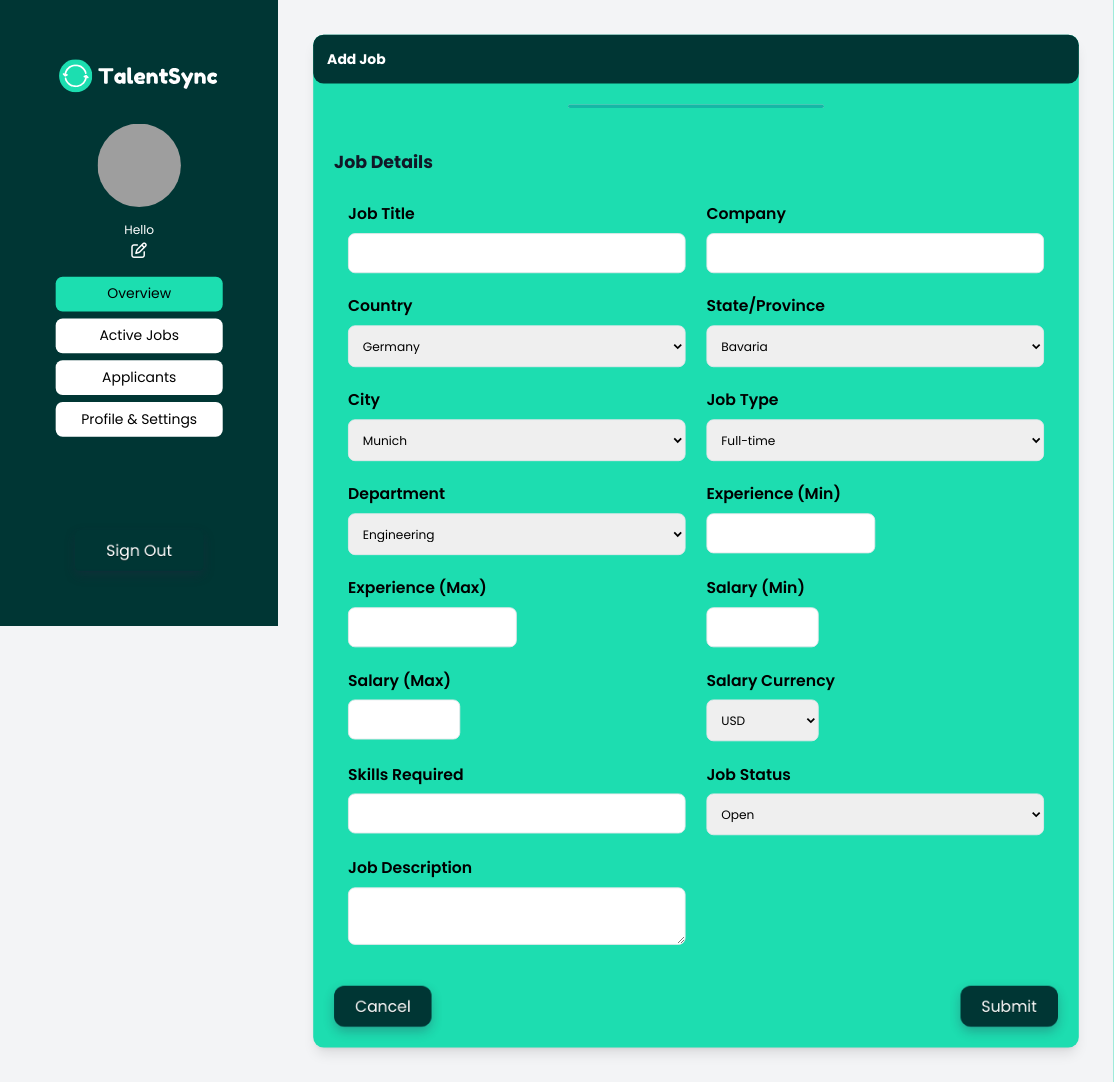
Repository: AbdullahScriptStudio/TalentSync
Page: recruiter/templates/recruiter/job_form_combined.html
The author's editor kept a copy of each file at every save. The page is drawn from the files as they stood at one save, then again after the next save.
The browser window is 1280 px wide. The pictures show the whole page, at 87% of full size.
Pictures or frames that could not be fetched are drawn as grey boxes. Some web libraries are served in a nearby version. The page is served by the project's application, run on Django 5.2 (manage.py). Other server files are loaded and not shown. The template is opened directly, without the code that normally fills it, so the values that code supplies are empty.

Above is the page before, as saved 2025-03-26 23:13:16.
Console error: SyntaxError: Unexpected token '<'

### recruiter/templates/recruiter/job_form_combined.html
<!DOCTYPE html>
<html lang="en">
{% load static %}

<head>
    <meta charset="UTF-8">
    <meta name="viewport" content="width=device-width, initial-scale=1.0">
    <script src="https://cdn.tailwindcss.com"></script>
    <link rel="stylesheet" href="https://cdnjs.cloudflare.com/ajax/libs/font-awesome/6.0.0-beta3/css/all.min.css">
    <title>Post New Job</title>
    <style>
        @import url('https://fonts.googleapis.com/css2?family=Inter:ital,opsz,wght@0,14..32,100..900;1,14..32,100..900&family=Poppins:ital,wght@0,100;0,200;0,300;0,400;0,500;0,600;0,700;0,800;0,900&display=swap');

        body {
            font-family: "Poppins", sans-serif;
            background-color: white;
        }

        button {
            font-size: 18px;
            display: inline-block;
            outline: 0;
            border: 0;
            cursor: pointer;
            will-change: box-shadow, transform;
            background: radial-gradient(100% 100% at 100% 0%, #003634 0%, #003634 100%);
            box-shadow: 0px 0.01em 0.01em rgb(45 35 66 / 40%), 0px 0.3em 0.7em -0.01em rgb(45 35 66 / 30%), inset 0px -0.01em 0px rgb(0 54 52 / 50%);
            padding: 0 2em;
            border-radius: 0.3em;
            color: #fff;
            height: 2.6em;
            text-shadow: 0 1px 0 rgb(0 0 0 / 40%);
            transition: box-shadow 0.15s ease, transform 0.15s ease;
        }

        button:hover {
            box-shadow: 0px 0.1em 0.2em rgb(0 54 52 / 40%), 0px 0.4em 0.7em -0.1em rgb(0 54 52 / 30%), inset 0px -0.1em 0px #003634;
            transform: translateY(-0.1em);
        }

        button:active {
            box-shadow: inset 0px 0.1em 0.6em #003634;
            transform: translateY(0em);
        }

        .skill-box {
            display: flex;
            flex-wrap: wrap;
            gap: 10px;
        }

        .skill-item {
            background-color: #003634;
            color: white;
            padding: 8px 12px;
            border-radius: 20px;
            display: flex;
            align-items: center;
        }

        .skill-item button {
            background: none;
            border: none;
            color: white;
            cursor: pointer;
            margin-left: 8px;
        }
    </style>
</head>

<body class="bg-gray-100">
    <!DOCTYPE html>
<html lang="en">
{% load static %}

<head>
    <meta charset="UTF-8">
    <meta name="viewport" content="width=device-width, initial-scale=1.0">
    <script src="https://cdn.tailwindcss.com"></script>
    <link rel="stylesheet" href="https://cdnjs.cloudflare.com/ajax/libs/font-awesome/6.0.0-beta3/css/all.min.css">
    <title>Job Post - Combined Form</title>
    <style>
        @import url('https://fonts.googleapis.com/css2?family=Inter:ital,opsz,wght@0,14..32,100..900;1,14..32,100..900&family=Poppins:ital,wght@0,100;0,200;0,300;0,400;0,500;0,600;0,700;0,800;0,900&display=swap');

        body {
            font-family: "Poppins", sans-serif;
            background-color: white;
        }

        button {
            font-size: 18px;
            display: inline-block;
            outline: 0;
            border: 0;
            cursor: pointer;
            will-change: box-shadow, transform;
            background: radial-gradient(100% 100% at 100% 0%, #003634 0%, #003634 100%);
            box-shadow: 0px 0.01em 0.01em rgb(45 35 66 / 40%), 0px 0.3em 0.7em -0.01em rgb(45 35 66 / 30%), inset 0px -0.01em 0px rgb(0 54 52 / 50%);
            padding: 0 2em;
            border-radius: 0.3em;
            color: #fff;
            height: 2.6em;
            text-shadow: 0 1px 0 rgb(0 0 0 / 40%);
            transition: box-shadow 0.15s ease, transform 0.15s ease;
        }

        button:hover {
            box-shadow: 0px 0.1em 0.2em rgb(0 54 52 / 40%), 0px 0.4em 0.7em -0.1em rgb(0 54 52 / 30%), inset 0px -0.1em 0px #003634;
            transform: translateY(-0.1em);
        }

        button:active {
            box-shadow: inset 0px 0.1em 0.6em #003634;
            transform: translateY(0em);
        }

        .skill-box {
            display: flex;
            flex-wrap: wrap;
            gap: 10px;
        }

        .skill-item {
            background-color: #003634;
            color: white;
            padding: 8px 12px;
            border-radius: 20px;
            display: flex;
            align-items: center;
        }

        .skill-item button {
            background: none;
            border: none;
            color: white;
            cursor: pointer;
            margin-left: 8px;
        }
    </style>
</head>

<body class="bg-gray-100">
    <div class="flex min-h-screen">
        <!-- Sidebar -->
        <div class="bg-[#003634] text-white w-1/4 p-6 flex flex-col items-center fixed h-full" style="padding: 4rem;">
            <div class="flex items-center mb-8">
                <img alt="TalentSync logo" class="w-48 h-auto" src="{% static 'images/logo.svg' %}" />
            </div>
            <img alt="Profile picture of John Smith" class="w-24 h-24 rounded-full mb-4" height="100" src="{% static 'images/dog-profile.svg' %}" width="100" />
            <div class="text-center mb-4">
                <p class="text-sm">Hello</p>
                <p class="text-lg">{{ user.first_name }} {{ user.last_name }} <i class="fa-regular fa-pen-to-square"></i></p>
            </div>
            <nav class="flex flex-col w-full">
                <a href="overviewDashboard.html" class="bg-[#1cdeb0] text-white py-2 px-4 rounded mb-2" style="border-radius: 0.5rem;color: rgb(0 0 0); text-align: center;">Overview</a>
                <a href="aciveJobsDashboard.html" class="bg-white text-teal-900 py-2 px-4 rounded mb-2" style="border-radius: 0.5rem;color: rgb(0 0 0); text-align: center;">Active Jobs</a>
                <a href="applicantsDashboard.html" class="bg-white text-teal-900 py-2 px-4 rounded mb-2" style="border-radius: 0.5rem;color: rgb(0 0 0); text-align: center;">Applicants</a>
                <a href="#" class="bg-white text-teal-900 py-2 px-4 rounded mb-2" style="border-radius: 0.5rem;color: rgb(0 0 0); text-align: center;">Profile &amp; Settings</a>
            </nav>
            <button class="mt-auto text-white">Sign Out</button>
        </div>

        <!-- Main Content -->
        <div class="flex-1 p-10 ml-[25%] overflow-y-auto">
            <div class="bg-[#1dddb0] rounded-xl shadow-lg">
                <div>
                    <h2 class="bg-[#003634] text-white font-bold mb-6 p-4 rounded-xl">Add Job</h2>
                </div>

                <!-- Progress Bar -->
                <div class="flex justify-center mb-6">
                    <div class="w-1/3 h-1 bg-gray-300 rounded-full">
                        <div class="h-full bg-teal-500 rounded-full" style="width: 100%;"></div> <!-- 100% for combined form -->
                    </div>
                </div>

                <div class="p-6 rounded-xl">
                    <h3 class="text-xl font-bold text-gray-900 mb-4">Job Details</h3>
                    <form method="POST">
                        {% csrf_token %}
                        <div class="grid grid-cols-1 md:grid-cols-2 gap-6 p-4">
                            <!-- Job Title -->
                            <div>
                                <label for="title" class="block text-lg font-semibold mb-2">Job Title</label>
                                <input type="text" name="title" id="title" value="{{ form.title.value|default:'' }}" class="w-full p-3 text-sm border rounded-lg focus:outline-none focus:ring-2 focus:ring-teal-500" required />
                                {% if form.title.errors %}
                                    <p class="text-red-500 text-sm">{{ form.title.errors }}</p>
                                {% endif %}
                            </div>

                            <!-- Company -->
                            <div>
                                <label for="company" class="block text-lg font-semibold mb-2">Company</label>
                                <input type="text" name="company" id="company" value="{{ form.company.value|default:'' }}" class="w-full p-3 text-sm border rounded-lg focus:outline-none focus:ring-2 focus:ring-teal-500" required />
                                {% if form.company.errors %}
                                    <p class="text-red-500 text-sm">{{ form.company.errors }}</p>
                                {% endif %}
                            </div>

                            <!-- Country -->
                            <div>
                                <label for="country" class="block text-lg font-semibold mb-2">Country</label>
                                <select class="w-full p-3 text-sm border rounded-lg focus:outline-none focus:ring-2 focus:ring-teal-500" name="country" required>
                                    <option value="DE" {% if form.country.value == "DE" %}selected{% endif %}>Germany</option>
                                </select>
                                {% if form.country.errors %}
                                    <p class="text-red-500 text-sm">{{ form.country.errors }}</p>
                                {% endif %}
                            </div>

                            <!-- State/Province -->
                            <div>
                                <label for="state_province" class="block text-lg font-semibold mb-2">State/Province</label>
                                <select class="w-full p-3 text-sm border rounded-lg focus:outline-none focus:ring-2 focus:ring-teal-500" name="state_province" required>
                                    <option value="Bavaria" {% if form.state_province.value == "Bavaria" %}selected{% endif %}>Bavaria</option>
                                    <option value="Berlin" {% if form.state_province.value == "Berlin" %}selected{% endif %}>Berlin</option>
                                </select>
                                {% if form.state_province.errors %}
                                    <p class="text-red-500 text-sm">{{ form.state_province.errors }}</p>
                                {% endif %}
                            </div>

                            <!-- City -->
                            <div>
                                <label for="city" class="block text-lg font-semibold mb-2">City</label>
                                <select class="w-full p-3 text-sm border rounded-lg focus:outline-none focus:ring-2 focus:ring-teal-500" name="city" required>
                                    <option value="Munich" {% if form.city.value == "Munich" %}selected{% endif %}>Munich</option>
                                    <option value="Berlin" {% if form.city.value == "Berlin" %}selected{% endif %}>Berlin</option>
                                </select>
                                {% if form.city.errors %}
                                    <p class="text-red-500 text-sm">{{ form.city.errors }}</p>
                                {% endif %}
                            </div>

                            <!-- Job Type -->
                            <div>
                                <label for="job_type" class="block text-lg font-semibold mb-2">Job Type</label>
                                <select class="w-full p-3 text-sm border rounded-lg focus:outline-none focus:ring-2 focus:ring-teal-500" name="job_type" required>
                                    <option value="full_time" {% if form.job_type.value == "full_time" %}selected{% endif %}>Full-time</option>
                                    <option value="part_time" {% if form.job_type.value == "part_time" %}selected{% endif %}>Part-time</option>
                                    <option value="contract" {% if form.job_type.value == "contract" %}selected{% endif %}>Contract</option>
                                    <option value="internship" {% if form.job_type.value == "internship" %}selected{% endif %}>Internship</option>
                                </select>
                                {% if form.job_type.errors %}
                                    <p class="text-red-500 text-sm">{{ form.job_type.errors }}</p>
                                {% endif %}
                            </div>

                            <!-- Department -->
                            <div>
                                <label for="department" class="block text-lg font-semibold mb-2">Department</label>
                                <select class="w-full p-3 text-sm border rounded-lg focus:outline-none focus:ring-2 focus:ring-teal-500" name="department" required>
                                    <option value="engineering" {% if form.department.value == "engineering" %}selected{% endif %}>Engineering</option>
                                    <option value="marketing" {% if form.department.value == "marketing" %}selected{% endif %}>Marketing</option>
                                    <option value="sales" {% if form.department.value == "sales" %}selected{% endif %}>Sales</option>
                                    <option value="human_resources" {% if form.department.value == "human_resources" %}selected{% endif %}>Human Resources</option>
                                </select>
                                {% if form.department.errors %}
                                    <p class="text-red-500 text-sm">{{ form.department.errors }}</p>
                                {% endif %}
                            </div>

                            <!-- Experience (Min and Max) -->
                            <div>
                                <label for="min_experience" class="block text-lg font-semibold mb-2">Experience (Min)</label>
                                <input type="number" name="min_experience" id="min_experience" value="{{ form.min_experience.value|default:'' }}" class="w-1/2 p-3 text-sm border rounded-lg focus:outline-none focus:ring-2 focus:ring-teal-500" required />
                                {% if form.min_experience.errors %}
                                    <p class="text-red-500 text-sm">{{ form.min_experience.errors }}</p>
                                {% endif %}
                            </div>

                            <div>
                                <label for="max_experience" class="block text-lg font-semibold mb-2">Experience (Max)</label>
                                <input type="number" name="max_experience" id="max_experience" value="{{ form.max_experience.value|default:'' }}" class="w-1/2 p-3 text-sm border rounded-lg focus:outline-none focus:ring-2 focus:ring-teal-500" required />
                                {% if form.max_experience.errors %}
                                    <p class="text-red-500 text-sm">{{ form.max_experience.errors }}</p>
                                {% endif %}
                            </div>

                            <!-- Salary (Min and Max) -->
                            <div>
                                <label for="min_salary" class="block text-lg font-semibold mb-2">Salary (Min)</label>
                                <input type="number" name="min_salary" id="min_salary" value="{{ form.min_salary.value|default:'' }}" class="w-1/3 p-3 text-sm border rounded-lg focus:outline-none focus:ring-2 focus:ring-teal-500" required />
                                {% if form.min_salary.errors %}
                                    <p class="text-red-500 text-sm">{{ form.min_salary.errors }}</p>
                                {% endif %}
                            </div>

                            <div>
                                <label for="max_salary" class="block text-lg font-semibold mb-2">Salary (Max)</label>
                                <input type="number" name="max_salary" id="max_salary" value="{{ form.max_salary.value|default:'' }}" class="w-1/3 p-3 text-sm border rounded-lg focus:outline-none focus:ring-2 focus:ring-teal-500" required />
                                {% if form.max_salary.errors %}
                                    <p class="text-red-500 text-sm">{{ form.max_salary.errors }}</p>
                                {% endif %}
                            </div>

                            <!-- Salary Currency -->
                            <div>
                                <label for="salary_currency" class="block text-lg font-semibold mb-2">Salary Currency</label>
                                <select class="w-1/3 p-3 text-sm border rounded-lg focus:outline-none focus:ring-2 focus:ring-teal-500" name="salary_currency" required>
                                    <option value="USD" {% if form.salary_currency.value == "USD" %}selected{% endif %}>USD</option>
                                    <option value="EUR" {% if form.salary_currency.value == "EUR" %}selected{% endif %}>EUR</option>
                                    <option value="GBP" {% if form.salary_currency.value == "GBP" %}selected{% endif %}>GBP</option>
                                </select>
                                {% if form.salary_currency.errors %}
                                    <p class="text-red-500 text-sm">{{ form.salary_currency.errors }}</p>
                                {% endif %}
                            </div>

                            <!-- Skills Required -->
                            <div>
                                <label for="skills_required" class="block text-lg font-semibold mb-2">Skills Required</label>
                                <input type="text" name="skills_required" id="skills_required" value="{{ form.skills_required.value|default:'' }}" class="w-full p-3 text-sm border rounded-lg focus:outline-none focus:ring-2 focus:ring-teal-500" required />
                                {% if form.skills_required.errors %}
                                    <p class="text-red-500 text-sm">{{ form.skills_required.errors }}</p>
                                {% endif %}
                            </div>

                            <!-- Job Status -->
                            <div>
                                <label class="block text-lg font-semibold mb-2">Job Status</label>
                                <select class="w-full p-3 text-sm border rounded-lg focus:outline-none focus:ring-2 focus:ring-teal-500" name="status" required>
                                    <option value="open" {% if form.status.value == "open" %}selected{% endif %}>Open</option>
                                    <option value="closed" {% if form.status.value == "closed" %}selected{% endif %}>Closed</option>
                                    <option value="paused" {% if form.status.value == "paused" %}selected{% endif %}>Paused</option>
                                </select>
                                {% if form.status.errors %}
                                    <p class="text-red-500 text-sm">{{ form.status.errors }}</p>
                                {% endif %}
                            </div>

                            <!-- Job Description -->
                            <div>
                                <label for="job_description" class="block text-lg font-semibold mb-2">Job Description</label>
                                <textarea name="job_description" id="job_description" class="w-full p-3 text-sm border rounded-lg focus:outline-none focus:ring-2 focus:ring-teal-500" required>{{ form.job_description.value|default:'' }}</textarea>
                                {% if form.job_description.errors %}
                                    <p class="text-red-500 text-sm">{{ form.job_description.errors }}</p>
                                {% endif %}
                            </div>
                        </div>

                        <div class="flex justify-between mt-6">
                            <!-- Cancel Button Link -->
                            <button class="bg-[#003634] text-white py-2 px-6 rounded-xl" type="button" onclick="window.location.href='{% url 'job_list' %}'">Cancel</button>
                            <!-- Submit Button -->
                            <button class="bg-[#003634] text-white py-2 px-6 rounded-xl" type="submit">Submit</button>
                        </div>
                    </form>
                </div>
            </div>
        </div>
    </div>

    <script>

    <script>
        document.addEventListener('DOMContentLoaded', function () {
            const skillInput = document.getElementById('skill-input');
            const skillContainer = document.getElementById('skill-container');

            skillInput.addEventListener('keypress', function (e) {
                if (e.key === 'Enter' && skillInput.value.trim() !== '') {
                    const skillName = skillInput.value.trim();
                    if (isSkillDuplicate(skillName)) {
                        alert('Skill already exists.');
                    } else {
                        addSkill(skillName);
                        skillInput.value = '';
                    }
                }
            });

            function isSkillDuplicate(skillName) {
                const skills = skillContainer.querySelectorAll('.skill-item');
                for (const skill of skills) {
                    if (skill.textContent.includes(skillName)) {
                        return true;
                    }
                }
                return false;
            }

            function addSkill(skillName) {
                const skill = document.createElement('div');
                skill.className = 'skill-item';
                skill.innerHTML = `
                    <span>${skillName}</span>
                    <button class="text-white hover:text-[#1cdeb0]">
                        <i class="fas fa-times"></i>
                    </button>
                `;
                skill.querySelector('button').addEventListener('click', function () {
                    skill.remove();
                });
                skillContainer.appendChild(skill);
            }
        });
    </script>
</body>

</html>

Loaded but not shown: static/images/logo.svg (1 lines, source omitted); talentsync/urls.py (31 lines, source omitted); recruiter/urls.py (26 lines, source omitted); people/urls.py (9 lines, source omitted)

After the next save:
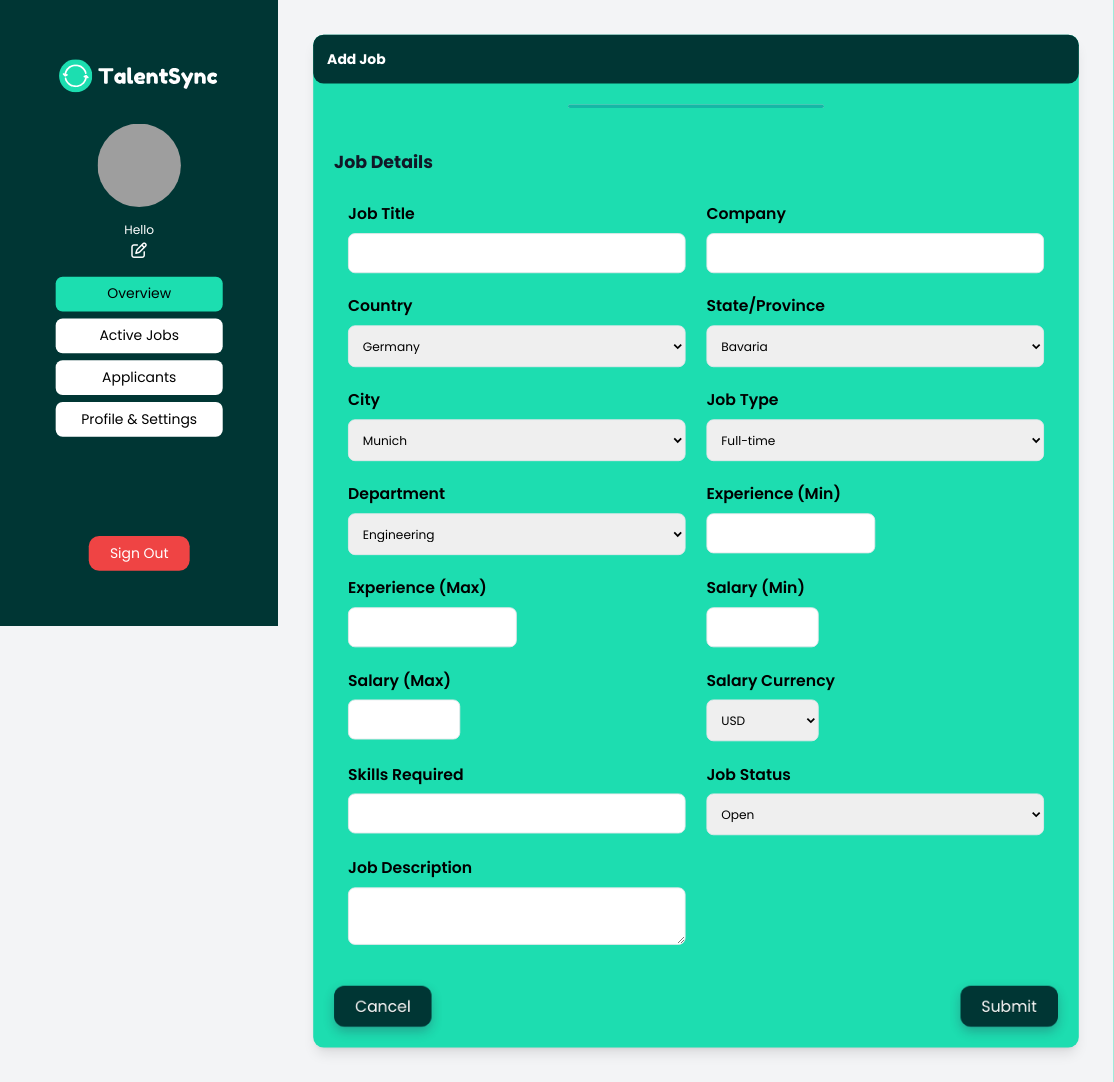
Saved 11 s later.
--- a/recruiter/templates/recruiter/job_form_combined.html
+++ b/recruiter/templates/recruiter/job_form_combined.html
@@ -157,7 +157,7 @@
                 <a href="applicantsDashboard.html" class="bg-white text-teal-900 py-2 px-4 rounded mb-2" style="border-radius: 0.5rem;color: rgb(0 0 0); text-align: center;">Applicants</a>
                 <a href="#" class="bg-white text-teal-900 py-2 px-4 rounded mb-2" style="border-radius: 0.5rem;color: rgb(0 0 0); text-align: center;">Profile &amp; Settings</a>
             </nav>
-            <button class="mt-auto text-white">Sign Out</button>
+            <a href="{% url 'user_logout' %}" class="mt-auto bg-red-500 py-2 px-6 rounded-xl">Sign Out</a>
         </div>
 
         <!-- Main Content -->
